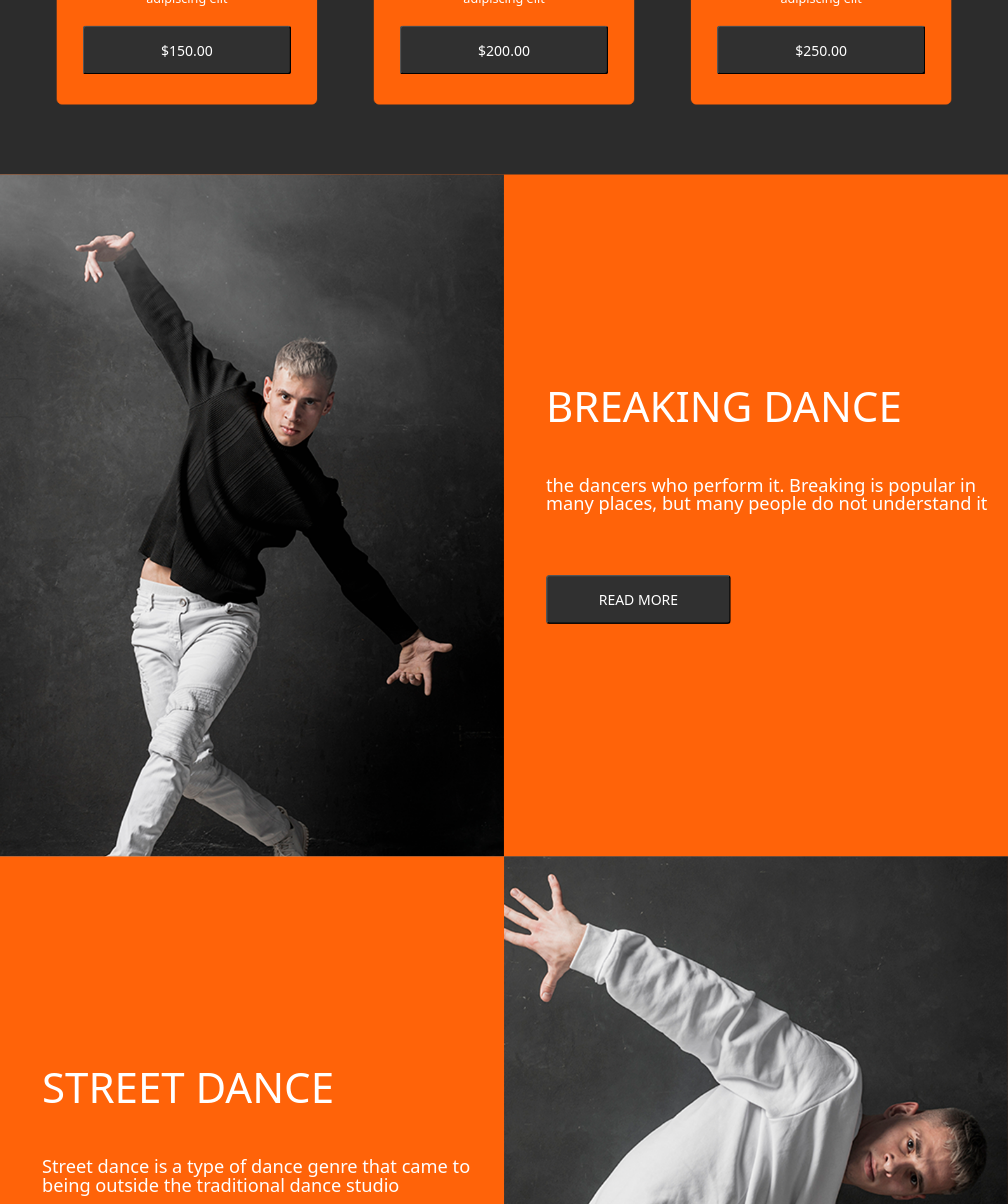
Repository: KinD2704/Web-University
Page: Bai30/index.html
An editor plug-in stored every save of this project. The page is shown before and after the next save, followed by the edit.
The browser window is 1280 px wide. The page is 1440 px wide, so the pictures cover 1440 px, including what lies to the right of the window. The pictures show the part of the page from y = 2485 to 4205 px (the page is 7210 px tall), at 70% of full size.

Above is the page before, as saved 2023-12-23 23:13:58.

After the next save:
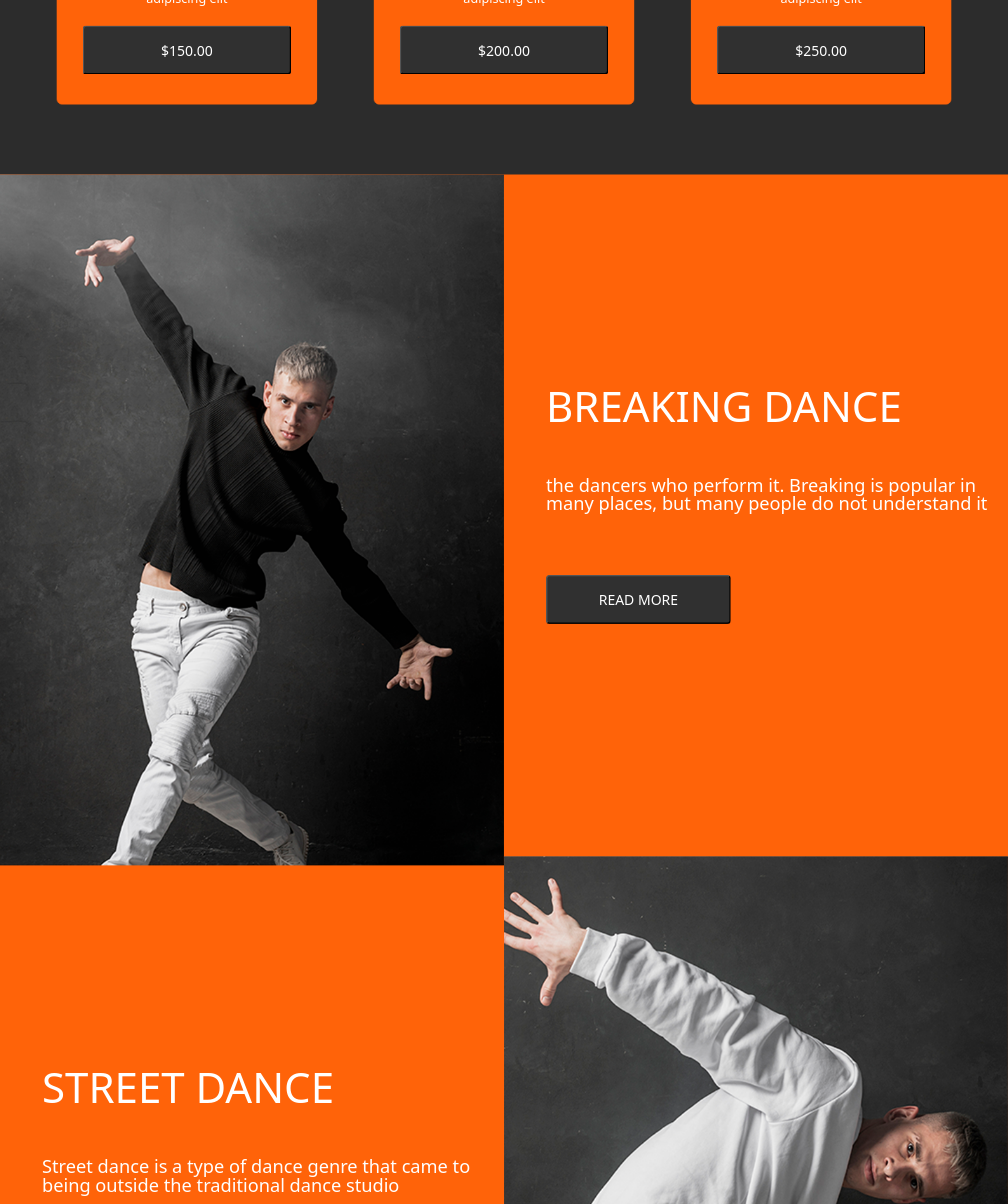
Saved 3 min 4 s later.
--- a/Bai30/index.html
+++ b/Bai30/index.html
@@ -127,7 +127,7 @@
             </div>
         </div>
         <div class="banner5">
-            <div class="banner5__container">
+            <div class="banner5__container h-974">
                 <div class="banner5__item1">
                     <p class="p1">STREET DANCE</p>
                     <p class="p2">Street dance is a type of dance genre that came to being outside the traditional dance
@@ -139,7 +139,7 @@
                 </div>
             </div>
         </div>
-        <div class="banner6">
+        <div class="banner6 h-974">
             <div class="banner2__container">
                 <div class="banner2__text banner2__text1">
                     <p class="text-up text-white">Our Statistics</p>
@@ -165,7 +165,7 @@
                     </div>
                 </div>
             </div>
-            <div class="banner7">
+            <div class="banner7 h-974">
                 <div></div>
             </div>
             <div class="banner8">
--- a/Bai30/css/styles.css
+++ b/Bai30/css/styles.css
@@ -165,7 +165,7 @@
 .banner4__item1 img,
 .banner5__item2 img {
     width: 100%;
-    height: 974px;
+    /* height: 974px; */
     object-fit: cover;
 }
 .banner4__item2,
@@ -176,7 +176,6 @@
 /* Banner 5 */
 .banner5 {
     background-image: url("../img/banner5.png");
-    height: 974px;
 }
 .banner5-Btn {
     width: 40%;
@@ -196,12 +195,10 @@
 /* banner 6 */
 .banner6 {
     background-image: url("../img/banner6.png");
-    height: 974px;
 }
 /* Banner 7 */
 .banner7 {
     background-image: url("../img/banner7-1.png");
-    height: 974px;
 }
 /* Banner 8 */
 .banner8 {

After the save that followed:
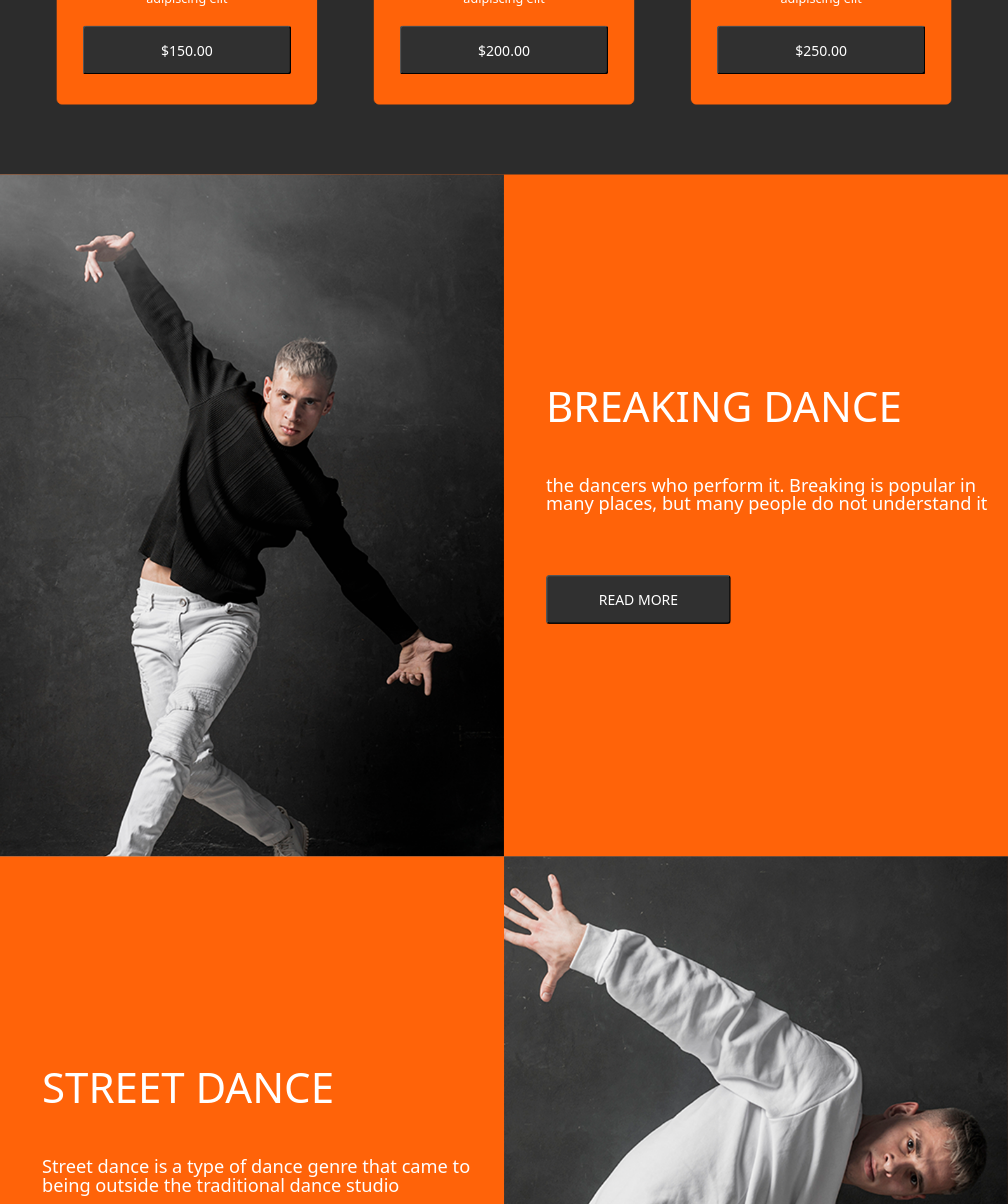
Saved 81 s later.
--- a/Bai30/index.html
+++ b/Bai30/index.html
@@ -113,9 +113,9 @@
             </div>
         </div>
         <div class="banner4">
-            <div class="banner4__container">
+            <div class="banner4__container d-flex">
                 <div class="banner4__item1">
-                    <img src="img/anh-banner4.png" alt="">
+                    <img src="img/anh-banner4.png" alt="" class="h-974">
                 </div>
                 <div class="banner4__item2">
                     <p class="p1">BREAKING DANCE</p>
@@ -126,8 +126,8 @@
 
             </div>
         </div>
-        <div class="banner5">
-            <div class="banner5__container h-974">
+        <div class="banner5 h-974">
+            <div class="banner5__container d-flex">
                 <div class="banner5__item1">
                     <p class="p1">STREET DANCE</p>
                     <p class="p2">Street dance is a type of dance genre that came to being outside the traditional dance
@@ -135,7 +135,7 @@
                     <div class="bannerBtn"><button class="banner5-Btn">READ MORE</button></div>
                 </div>
                 <div class="banner5__item2">
-                    <img src="img/anh-banner5.png" alt="">
+                    <img src="img/anh-banner5.png" alt="" class="h-974">
                 </div>
             </div>
         </div>
--- a/Bai30/css/styles.css
+++ b/Bai30/css/styles.css
@@ -152,10 +152,10 @@
     background-image: url("../img/banner4.png");
     height: 974px;
 }
-.banner4__container,
+/* .banner4__container,
 .banner5__container {
     display: flex;
-}
+} */
 .banner4__item1,
 .banner4__item2,
 .banner5__item1,
@@ -165,7 +165,6 @@
 .banner4__item1 img,
 .banner5__item2 img {
     width: 100%;
-    /* height: 974px; */
     object-fit: cover;
 }
 .banner4__item2,
